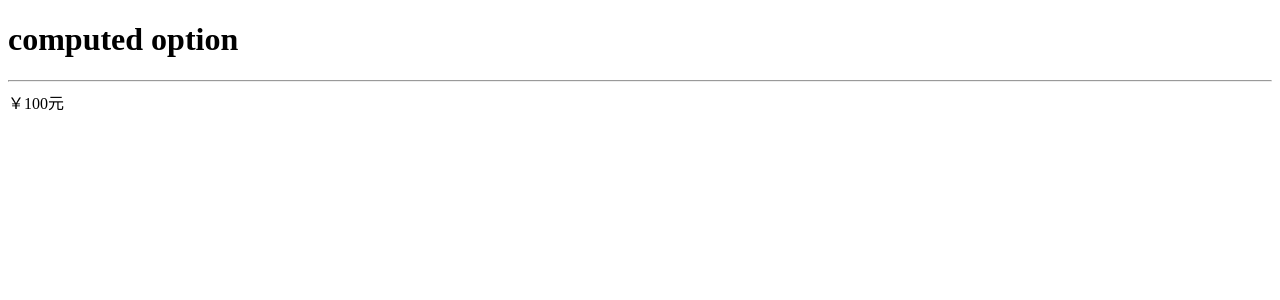
Repository: 13982720426/vue2.0-LearningNotes
Page: example/computed.html
An editor plug-in stored every save of this project. The page is shown before and after the next save, followed by the edit.
The browser window is 1280 px wide. The pictures show the whole page.

Above is the page before, as saved 2021-06-25 20:07:57.

### example/computed.html
<!DOCTYPE html>
<html lang="en">
  <head>
    <meta charset="UTF-8" />
    <meta http-equiv="X-UA-Compatible" content="IE=edge" />
    <meta name="viewport" content="width=device-width, initial-scale=1.0" />
    <title>computed option</title>
    <script type="text/javascript" src="../assets/js/vue.js"></script>
  </head>
  <body>
    <h1>computed option</h1>
    <hr />
    <div id="app">{{newPrice}}</div>
    <script type="text/javascript">
      var newsList = [
        { title: '香港或就“装甲车被扣”事件追责 起诉涉事运输公司', date: '2017/3/10' },
        { title: '日本第二大准航母服役 外媒：针对中国潜艇', date: '2017/3/12' },
        { title: '中国北方将有明显雨雪降温天气 南方阴雨持续', date: '2017/3/13' },
        { title: '起底“最短命副市长”：不到40天落马，全家被查', date: '2017/3/23' },
      ];

      var app = new Vue({
        el: '#app',
        data: {
          price: 100,
          newsList: newsList,
        },
        computed: {
          newPrice: function () {
            return (this.price = '￥' + this.price + '元');
          },
        },
      });
    </script>
  </body>
</html>

Loaded but not shown: assets/js/vue.js (library)

After the next save:
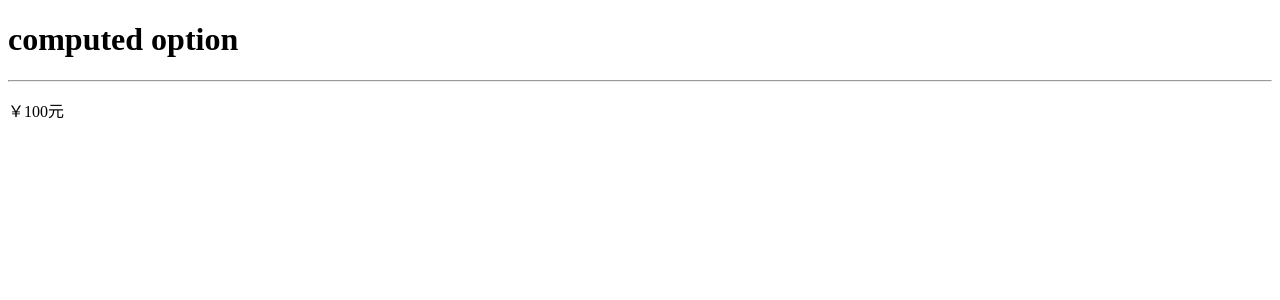
Saved 2 min 48 s later.
--- a/example/computed.html
+++ b/example/computed.html
@@ -10,7 +10,12 @@
   <body>
     <h1>computed option</h1>
     <hr />
-    <div id="app">{{newPrice}}</div>
+    <div id="app">
+      <p>{{newPrice}}</p>
+      <ul>
+        <li v-for="item in reversNews">{{item.title}}--{{item.date}}</li>
+      </ul>
+    </div>
     <script type="text/javascript">
       var newsList = [
         { title: '香港或就“装甲车被扣”事件追责 起诉涉事运输公司', date: '2017/3/10' },
